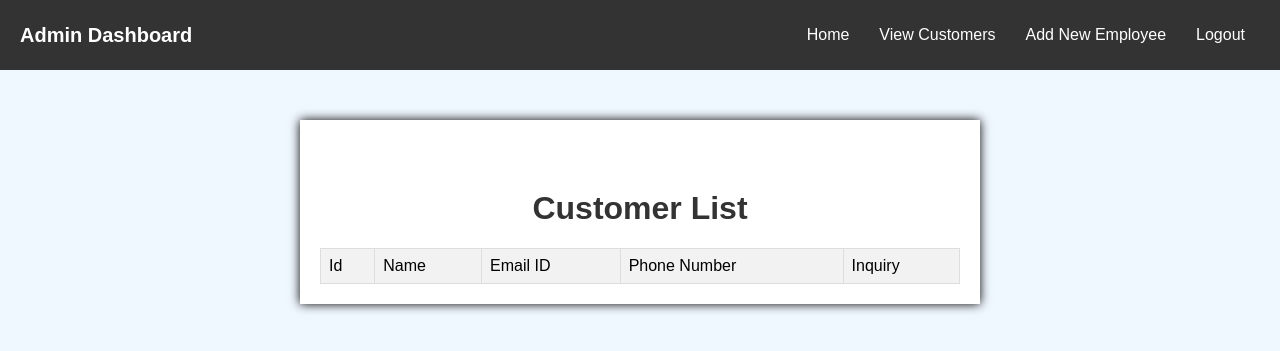
Repository: brijeshparmar2054/javaproject
Page: http://localhost/admin/viewcustomer
These files come from the project's save history. The page is drawn as it stood at one moment and after the next save; the edit follows.
The browser window is 1280 px wide. The pictures show the whole page.
The page is this project's Thymeleaf template; nobody is signed in. The template is opened directly, without the code that normally fills it, so the values that code supplies are empty.

Above is the page before, as saved 2024-06-24 03:44:35.

### cma/web-project/src/main/resources/templates/admin/viewcustomer.html
<!DOCTYPE html>
<html lang="en" xmlns:th="http://www.thymeleaf.org">
<head>
<meta charset="ISO-8859-1">
<title>Admin Dashboard</title>
<link rel="stylesheet" th:href="@{../css/style.css}" type="text/css">
</head>
<body>
	<!-- Navigation Bar -->
	<nav>
		<div class="logo">Admin Dashboard</div>
		<ul class="nav-links">
			<li><a th:href="@{/}">Home</a></li>
			<li><a th:href="@{/admin/viewcustomer}">View Customers</a></li>
			<li><a th:href="@{/admin/addemployee}">Add New Employee</a></li>
			<li><a th:href="@{/}">Logout</a></li>
		</ul>
		<div class="burger">
			<div class="line1"></div>
			<div class="line2"></div>
			<div class="line3"></div>
		</div>
	</nav>
	<!-- Content -->
	<div class="container" id="dashboard">
    	<h1>Customer List</h1>
    	<table>
    		<thead>
    			<tr>
	    			<td>Id</td>
	    			<td>Name</td>
	    			<td>Email ID</td>
	    			<td>Phone Number</td>
	    			<td>Inquiry</td>
	    		</tr>
    		</thead>
    		<tbody>
    			<tr th:each="cl:${customerlist}">
    				<td th:text="${cl.id}"></td>
    				<td th:text="${cl.name}"></td>
    				<td th:text="${cl.email}"></td>
    				<td th:text="${cl.phone}"></td>
    				<td th:text="${cl.inquiry}"></td>
    			</tr>
    		</tbody>

    	</table>
    </div>
</body>
</html>

### cma/web-project/src/main/resources/static/css/style.css
@charset "ISO-8859-1";

/* General Styles */
body {
	font-family: Arial, sans-serif;
	background-color: #f0f8ff;
	margin: 0;
	padding: 0;
}

/* Navbar Styles */
nav {
	display: flex;
	justify-content: space-between;
	align-items: center;
	background-color: #333;
	padding: 10px 20px;
}

.nav-links {
	list-style: none;
	display: flex;
}

.nav-links li {
	margin: 0 15px;
}

.nav-links a {
	color: white;
	text-decoration: none;
	font-size: 16px;
	transition: color 0.3s ease;
}

.nav-links a:hover {
	color: #007bff;
}

.logo {
	color: white;
	font-size: 20px;
	font-weight: bold;
}

/* Burger Menu */
.burger {
	display: none;
	cursor: pointer;
}

.burger div {
	width: 25px;
	height: 3px;
	background-color: white;
	margin: 5px;
	transition: all 0.3s ease;
}

/* H1 Styles */
h1 {
	text-align: center;
	color: #333;
	margin-top: 50px;
}

/* Link Styles */
h1 a {
	display: inline-block;
	margin: 10px 0;
	padding: 10px 20px;
	text-decoration: none;
	color: white;
	background-color: #007bff;
	border-radius: 5px;
	transition: background-color 0.3s ease;
}

h1 a:hover {
	background-color: #0056b3;
}

/* Responsive Styles */
@media ( max-width : 768px) {
	.nav-links {
		display: none;
		flex-direction: column;
		width: 100%;
		position: absolute;
		top: 60px;
		left: -100%;
		background-color: #333;
		transition: all 0.3s ease;
	}
	.nav-links li {
		margin: 0;
	}
	.nav-links a {
		padding: 15px;
		width: 100%;
		box-sizing: border-box;
	}
	.burger {
		display: block;
	}
	.nav-active {
		left: 0;
	}
	.toggle .line1 {
		transform: rotate(-45deg) translate(-5px, 6px);
	}
	.toggle .line2 {
		opacity: 0;
	}
	.toggle .line3 {
		transform: rotate(45deg) translate(-5px, -6px);
	}
}

/* Form Styles */
.container {
	width: 50%;
	margin: 50px auto;
	background: white;
	padding: 20px;
	box-shadow: 0px 0px 10px 0px #000;
}

h1 {
	text-align: center;
	color: #333;
}

form {
	display: flex;
	flex-direction: column;
}

label {
	margin-bottom: 5px;
	color: #333;
}

input[type="text"], input[type="email"], input[type="password"],
	textarea {
	margin-bottom: 15px;
	padding: 10px;
	font-size: 16px;
	border: 1px solid #ccc;
	border-radius: 5px;
	font-family: Arial, sans-serif;
}

button {
	padding: 10px;
	font-size: 16px;
	background-color: #007bff;
	color: white;
	border: none;
	border-radius: 5px;
	cursor: pointer;

}

button:hover {
	background-color: #0056b3;
}

/* Table Styles */
table {
	width: 100%;
	border-collapse: collapse;
}

thead {
	background-color: #f2f2f2;
}

th, td {
	border: 1px solid #ddd;
	padding: 8px;
	text-align: left;
}

th {
	background-color: #4CAF50;
	color: white;
}

tr:nth-child(even) {
	background-color: #f2f2f2;
}

tr:hover {
	background-color: #ddd;
}

a {
	color: #007BFF;
	text-decoration: none;
}

a:hover {
	text-decoration: underline;
}

After the next save:
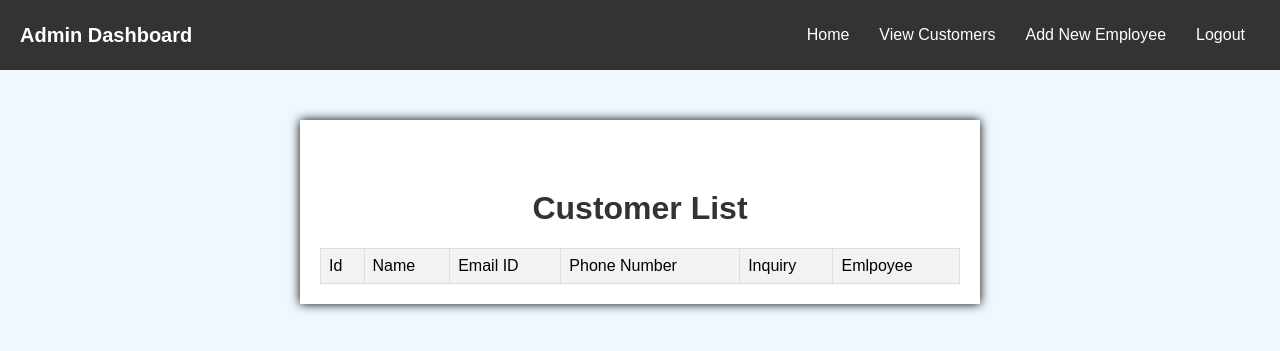
Saved 80 s later.
--- a/cma/web-project/src/main/resources/templates/admin/viewcustomer.html
+++ b/cma/web-project/src/main/resources/templates/admin/viewcustomer.html
@@ -32,6 +32,7 @@
 	    			<td>Email ID</td>
 	    			<td>Phone Number</td>
 	    			<td>Inquiry</td>
+	    			<td>Emlpoyee</td>
 	    		</tr>
     		</thead>
     		<tbody>
